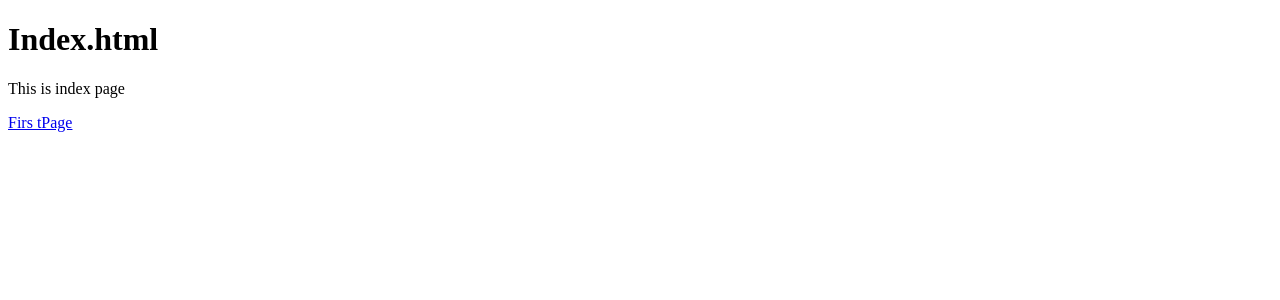
Repository: zlzlzb/EduNodeJS
Page: day3/public/next.html
These files come from the project's save history. The page is drawn as it stood at one moment and after the next save; the edit follows.
The browser window is 1280 px wide. The pictures show the whole page.

Above is the page before, as saved 2017-06-14 01:37:25.

### day3/public/next.html
<!DOCTYPE html>
<html>
<head>
<meta charset="EUC-KR">
<title>Index HTML</title>
</head>
<body>
	<h1>Index.html</h1>
	<p>This is index page</p>
	<a href="first.html">Firs tPage</a>
</body>
</html>

After the next save:
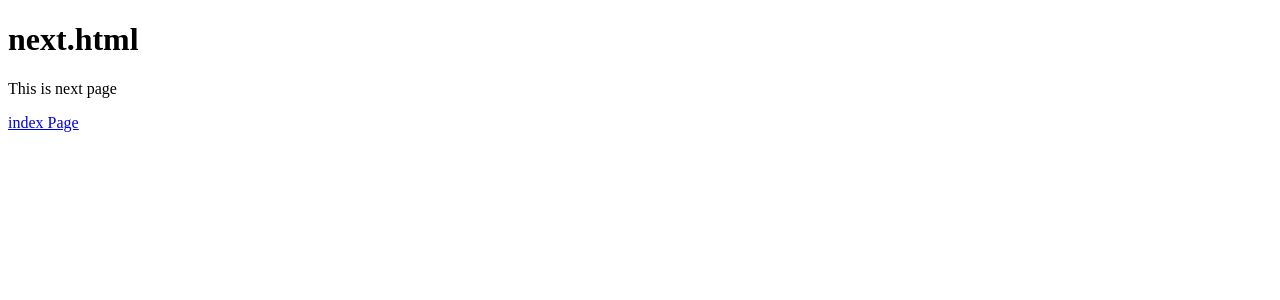
Saved 21 s later.
--- a/day3/public/next.html
+++ b/day3/public/next.html
@@ -2,11 +2,11 @@
 <html>
 <head>
 <meta charset="EUC-KR">
-<title>Index HTML</title>
+<title>next HTML</title>
 </head>
 <body>
-	<h1>Index.html</h1>
-	<p>This is index page</p>
-	<a href="first.html">Firs tPage</a>
+	<h1>next.html</h1>
+	<p>This is next page</p>
+	<a href="index.html">index Page</a>
 </body>
 </html>
